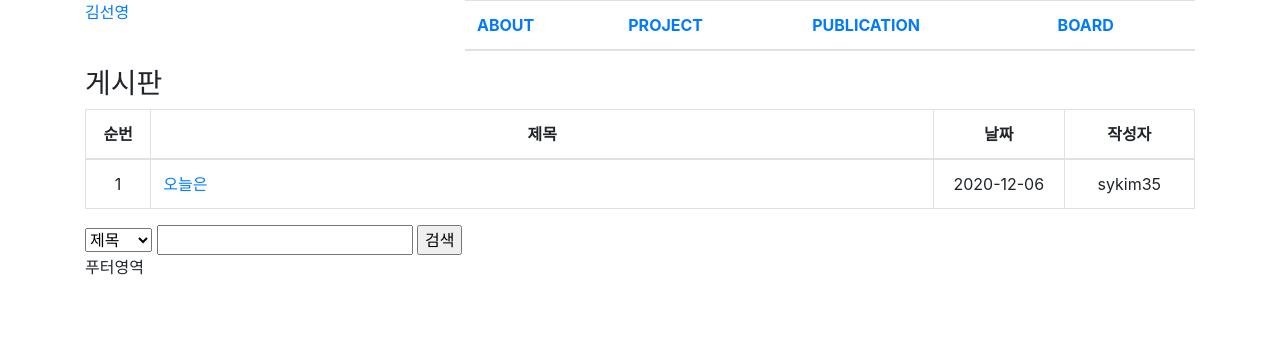
Repository: supremest35/web-projects
Page: http://localhost/noticeboard/board/list.jsp?pno=1
An editor plug-in stored every save of this project. The page is shown before and after the next save, followed by the edit.
The browser window is 1280 px wide. The pictures show the whole page.
The page is served by Tomcat 9. Other server files are loaded and not shown.

Above is the page before, as saved 2020-12-06 04:06:59.

### noticeboard/WebContent/board/list.jsp
<%@ page language="java" contentType="text/html; charset=UTF-8"
    pageEncoding="UTF-8"%>
<!DOCTYPE html>
<html lang="ko">
<head>
  <title>Bootstrap 4 Example</title>
  <meta charset="utf-8">
  <meta name="viewport" content="width=device-width, initial-scale=1">
  <link rel="stylesheet" href="https://maxcdn.bootstrapcdn.com/bootstrap/4.5.2/css/bootstrap.min.css">
  <script src="https://ajax.googleapis.com/ajax/libs/jquery/3.5.1/jquery.min.js"></script>
  <script src="https://cdnjs.cloudflare.com/ajax/libs/popper.js/1.16.0/umd/popper.min.js"></script>
  <script src="https://maxcdn.bootstrapcdn.com/bootstrap/4.5.2/js/bootstrap.min.js"></script>
</head>
<body>
<div class="container">
	<div class="row">
		<div class="col-2"><a href="index.jsp">김선영</a></div>
		<div class="col-2"></div>
		<div class="col-8">
			<table class="table">
				<thead>
					<tr>
						<th><a href="">ABOUT</a></th>
						<th><a href="">PROJECT</a></th>
						<th><a href="">PUBLICATION</a></th>
						<th><a href="board/list.jsp">BOARD</a></th>
					</tr>
				</thead>
			</table>
		</div>
	</div>
	<div class="row">
		<div class="col-12">
			<h3>게시판</h3>
		</div>
		<div class="col-12">
			<div class="table">
				<table class="table table-bordered table-hover">
					<thead>
						<tr>
							<th style="width: 50px; text-align: center;">순번</th>
							<th style="width: 600px; text-align: center;">제목</th>
							<th style="width: 100px; text-align: center;">날짜</th>
							<th style="width: 100px; text-align: center;">작성자</th>
						</tr>
					</thead>
					<tbody>
						<tr>
							<td style="width: 50px; text-align: center;">1</td>
							<td style="width: 600px;"><a href="">오늘은</a></td>
							<td style="width: 100px; text-align: center;">2020-12-06</td>
							<td style="width: 100px; text-align: center;">sykim35</td>
						</tr>
					</tbody>
				</table>
			</div>
		</div>
		<div class="col-12 text-align">
			<form action="search.jsp">
				<select name="searchType">
					<option value="제목">제목</option>
					<option value="작성자">작성자</option>
				</select>
				<input type="text" name="keyword" />
				<input type="submit" value="검색" />
			</form>
		</div>
	</div>
	<div class="row">
		<div class="col-12">푸터영역</div>
	</div>
</div>
</body>
</html>

After the next save:
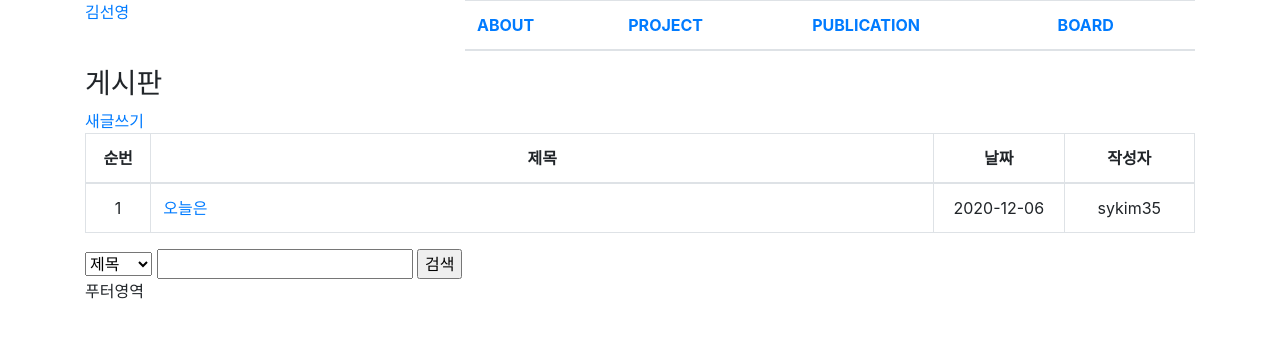
Saved 84 s later.
--- a/noticeboard/WebContent/board/list.jsp
+++ b/noticeboard/WebContent/board/list.jsp
@@ -32,6 +32,7 @@
 	<div class="row">
 		<div class="col-12">
 			<h3>게시판</h3>
+			<a type="button" href="">새글쓰기</a>
 		</div>
 		<div class="col-12">
 			<div class="table">
